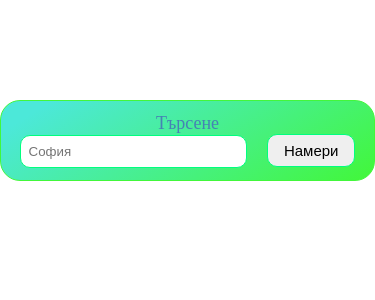
Repository: GeryZlatev/address-search
Page: /
The author's editor kept a copy of each file at every save. The page is drawn from the files as they stood at one save, then again after the next save.
The browser window is 375 px wide. The pictures show the whole page.
The project was rebuilt for these pictures with package versions that can differ from the ones it lists, and the page was loaded fresh each time.

Above is the page before, as saved 2021-04-09 20:25:58.

### public/index.html
<!DOCTYPE html>
<html lang="en">
  <head>
    <meta charset="utf-8" />
    <link rel="icon" href="%PUBLIC_URL%/favicon.ico" />
    <meta name="viewport" content="width=device-width, initial-scale=1" />
    <meta name="viewport" content="width=device-width, initial-scale=1.0">
    <meta name="theme-color" content="#000000" />
    <meta
      name="description"
      content="Web site created using create-react-app"
    />
    <link rel="apple-touch-icon" href="%PUBLIC_URL%/logo192.png" />
    <!--
      manifest.json provides metadata used when your web app is installed on a
      user's mobile device or desktop. See https://developers.google.com/web/fundamentals/web-app-manifest/
    -->
    <link rel="manifest" href="%PUBLIC_URL%/manifest.json" />
    <!--
      Notice the use of %PUBLIC_URL% in the tags above.
      It will be replaced with the URL of the `public` folder during the build.
      Only files inside the `public` folder can be referenced from the HTML.

      Unlike "/favicon.ico" or "favicon.ico", "%PUBLIC_URL%/favicon.ico" will
      work correctly both with client-side routing and a non-root public URL.
      Learn how to configure a non-root public URL by running `npm run build`.
    -->
    <title>React App</title>
  </head>
  <body>
    <noscript>You need to enable JavaScript to run this app.</noscript>
    <div id="root"></div>
    <!--
      This HTML file is a template.
      If you open it directly in the browser, you will see an empty page.

      You can add webfonts, meta tags, or analytics to this file.
      The build step will place the bundled scripts into the <body> tag.

      To begin the development, run `npm start` or `yarn start`.
      To create a production bundle, use `npm run build` or `yarn build`.
    -->
  </body>
</html>

### src/index.css
body {
margin: 100px auto;
}

code {
  font-family: source-code-pro, Menlo, Monaco, Consolas, 'Courier New',
    monospace;
}

### src/App.js

import './App.css';
import SearchBar from './components/SearchBar';

function App() {
  return (
    <div className="App">
      <SearchBar/>
    </div>
  );
}

export default App;

### src/components/SearchBar/SearchBar.js
import style from './SearchBar.module.css';

const SearchBar = () => {

    return (
        <div className={style["searchbar-wrapper"]}>
            <form className={style["search-form"]}>
                <label htmlFor="search">
                    Търсене
                </label>
                    <input
                    type="text"
                    autoComplete="true"
                    placeholder="София"
                    name="search"
                    id="search"
                    />

                <input
                    type="submit"
                    value="Намери"
                />
            </form>
        </div>
    )

}

export default SearchBar;

### src/components/SearchBar/SearchBar.module.css
.searchbar-wrapper {
    max-width: 80%;
    margin: 40px auto;
    padding: 12px;
    /* display: flex;
    justify-content: space-between; */
    background: rgb(66,247,59);
    background: linear-gradient(148deg, rgba(66,247,59,1) 10%, rgba(76,232,217,1) 99%);
    border: 1px solid #42f73b;
    border-radius: 20px;

}

.search-form {
    max-width: 100%;
}

.search-form label {
    min-width: 600px;
    margin: 20px;
    font-size: large;
    font-weight: 400;
    cursor: pointer;
    color: steelblue;

}

.search-form input[type="text"] {
    min-width: 30%;
    width: 60%;
    min-height: 10%;
    margin-right: 20px;
    padding: 8px;
    outline:springgreen;
    border: 1px solid springgreen;
    border-radius: 10px;
}

.search-form input[type="submit"] {
    font-size: 15px;
    font-weight: 100;
    padding: 7px 16px;
    border: 1px solid springgreen;
    border-radius: 10px;
    cursor: pointer;
}

@media only screen and (max-width:620px) {
    .searchbar-wrapper {
        max-width: 100%;
    background: rgb(66,247,59);
    background: linear-gradient(148deg, rgba(76,232,217,1) 10%, rgba(66,247,59,1) 99%);
    }
}

Loaded but not shown: src/index.js (common file); src/reportWebVitals.js (common file); src/App.css (common file); src/components/SearchBar/index.js (common file)

After the next save:
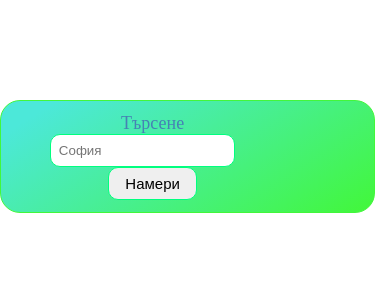
Saved 67 s later.
--- a/src/components/SearchBar/SearchBar.module.css
+++ b/src/components/SearchBar/SearchBar.module.css
@@ -51,4 +51,8 @@
     background: rgb(66,247,59);
     background: linear-gradient(148deg, rgba(76,232,217,1) 10%, rgba(66,247,59,1) 99%);
     }
+
+    .search-form {
+    max-width: 80%;
 }
+}
